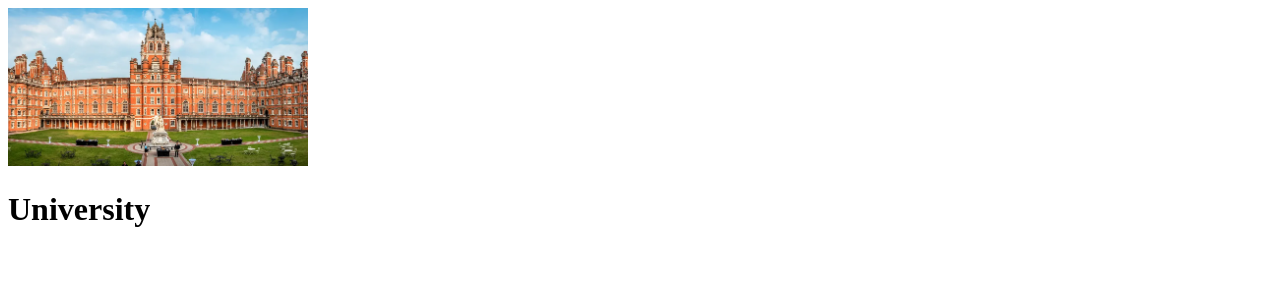
Repository: Haakim19/WebDevelopment
Page: Assignment/Index.html
An editor plug-in stored every save of this project. The page is shown before and after the next save, followed by the edit.
The browser window is 1280 px wide. The pictures show the whole page.

Above is the page before, as saved 2024-10-10 15:09:21.

After the next save:
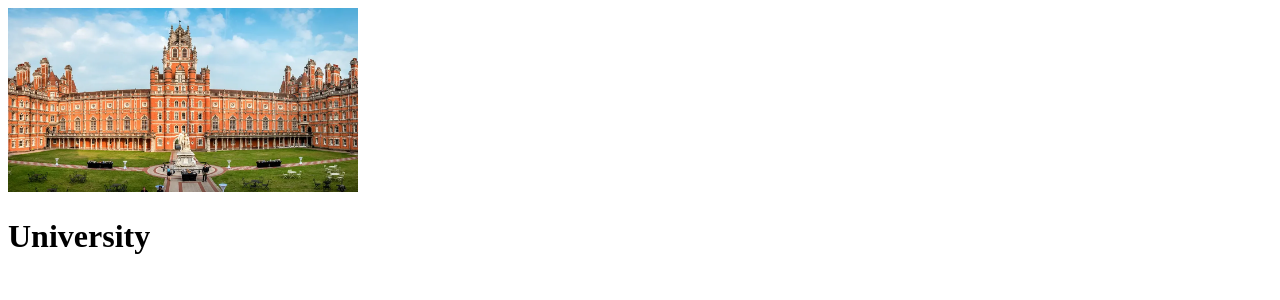
Saved 5 s later.
--- a/Assignment/Index.html
+++ b/Assignment/Index.html
@@ -6,7 +6,7 @@
     <title>Home</title>
 </head>
 <body>
-    <img src="campus.webp" width="300px">
+    <img src="campus.webp" width="350px">
     <h1><font face="algerian">University</font></h1>
 </body>
 </html>
